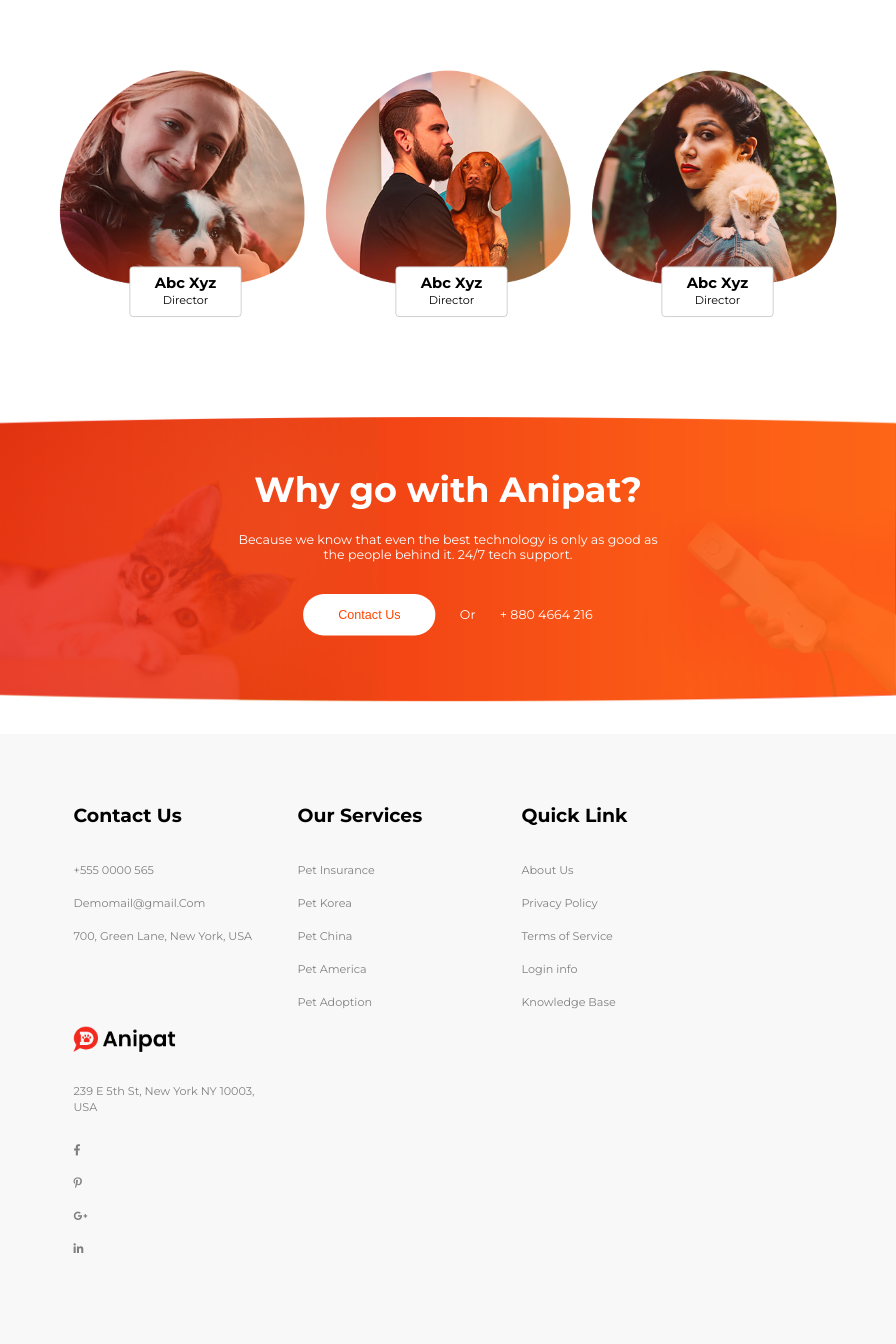
Repository: giahuy405/Day_2_Anipat
Page: index.html
These files come from the project's save history. The page is drawn as it stood at one moment and after the next save; the edit follows.
The browser window is 1280 px wide. The pictures show the part of the page from y = 3274 to 5194 px (the page is 5194 px tall before and 4841 px after), at 70% of full size.

Above is the page before, as saved 2022-09-09 00:31:05.

### index.html
<!DOCTYPE html>
<html lang="en">
<head>
    <meta charset="UTF-8">
    <meta http-equiv="X-UA-Compatible" content="IE=edge">
    <meta name="viewport" content="width=device-width, initial-scale=1.0">
    <title>Anipat</title>
    <link rel="stylesheet" href="https://cdnjs.cloudflare.com/ajax/libs/font-awesome/6.2.0/css/all.min.css">
    <link href="https://fonts.googleapis.com/css2?family=Montserrat:wght@300;400;500;700&display=swap" rel="stylesheet">
    <link rel="stylesheet" href="./css/index.css">
</head>
<body>
    <header>
        <div class="header-top">
            <div class="container">
                <div class="header__contact">
                    <a href="#">+880 4664 216 </a>
                    <span>Mon - Sat 10:00 - 7:00</span>
                </div>
                <div class="header__social">
                    <ul>
                        <li><a href="#"><i class="fa-brands fa-facebook-f"></i></a></li>
                        <li><a href="#"><i class="fa-brands fa-pinterest-p"></i></a></li>
                        <li><a href="#"><i class="fa-brands fa-google-plus-g"></i></a></li>
                        <li><a href="#"><i class="fa-brands fa-linkedin-in"></i></a></li>
                    </ul>
                </div>
                <div class="clear"></div>
            </div>
        </div>
        <div class="header-bottom container">
            <img src="./img/logo.png" alt="Logo">
            <ul>
                <li><a href="#">Home</a></li>
                <li><a href="#">About</a></li>
                <li><a href="#">Blog</a></li>
                <li><a href="#">Pages</a></li>
                <li><a href="#">Services</a></li>
                <li><a href="#">Contact</a></li>
            </ul>
            <div class="clear"></div>
        </div>

    </header>
    <div class="carousel">
        <div class="container">
            <div class="carousel__content">
                <h1>We Care</h1>
                <h2>Your Pets</h2>
                <p>Lorem ipsum dolor sit amet, consectetur adipisicing elit. Dolorem corporis ex expedita ea rem iure.</p>
                <button>Contact Us</button>
            </div>
            <div class="carousel__dog">
                <img src="./img/dog.png" alt="Dog">
            </div>
            <div class="clear"></div>
        </div>
    </div>
    <div class="service">
        <div class="service-top">
            <h1>Services for every dog</h1>
            <p>Lorem ipsum dolor sit amet, consectetur adipiscing elit, sed do eiusmod tempor incididunt ut labore et dolore magna</p>
        </div>
        <div class="service-bottom container">
            <div class="service-card">
                <div class="service__item">
                    <div class="service__background">
                        <img src="./img/service_icon_1.png" alt="">
                    </div>
                    <h2>Pet Boarding</h2>
                    <p>Lorem, ipsum dolor sit amet consectetur adipisicing elit. Quasi asperiores</p>
                </div>
            </div>
            <div class="service-card">
                <div class="service__item">
                    <div class="service__background">
                        <img src="./img/service_icon_2.png" alt="">
                    </div>
                    <h2>Pet Boarding</h2>
                    <p>Lorem, ipsum dolor sit amet consectetur adipisicing elit. Quasi asperiores</p>
                </div>
            </div>
            <div class="service-card">
                <div class="service__item">
                    <div class="service__background">
                        <img src="./img/service_icon_3.png" alt="">
                    </div>
                    <h2>Pet Boarding</h2>
                    <p>Lorem, ipsum dolor sit amet consectetur adipisicing elit. Quasi asperiores</p>
                </div>
            </div>
            <div class="clear"></div>
        </div>
    </div>
    <div class="netcare container">
        <div class="netcare__cat">
            <img src="./img/pet_care.png" alt="pet care">
        </div>
        <div class="netcare__content">
                <h1>We Care</h1>
                <h2>Your Pets</h2>
                <p>Lorem ipsum dolor sit amet, consectetur adipisicing elit. Dolorem corporis ex expedita ea rem iure. Lorem ipsum dolor, sit amet consectetur adipisicing elit. In, sint.</p>
                <button>Contact Us</button>
        </div>
        <div class="clear"></div>
    </div>
    <div class="care">
        <div class="container">
            <div class="care__content">
                <h1>We Care</h1>
                <h2>Your Pets</h2>
                <p>Lorem ipsum dolor sit amet, consectetur adipisicing elit. Dolorem corporis ex expedita ea rem iure. Lorem ipsum dolor sit ametum dolor sit amet.</p>
                <button>About Us</button>
            </div>
            <div class="care__items">
                <div class="care__item">
                    <div class="care__card care__card--left">
                        <div class="care__desc">
                            <img src="./img/1.png" alt="">
                            <h1>922</h1>
                            <p>Pet Available</p>
                        </div>
                    </div>
                </div>
                <div class="care__item">
                    <div class="care__card">
                        <div class="care__desc">
                            <img src="./img/2.png" alt="">
                            <h1>922</h1>
                            <p>Pet Available</p>
                        </div>
                    </div>
                    <div class="care__card">
                        <div class="care__desc">
                            <img src="./img/3.png" alt="">
                            <h1>922</h1>
                            <p>Pet Available</p>
                        </div>
                    </div>
                </div>
                <div class="clear"></div>
            </div>
            <div class="clear"></div>
        </div>
    </div>
    <div class="team container">
        <div class="team-top">
            <h1>Our Team</h1>
            <p>Lorem ipsum dolor, sit amet consectetur adipisicing elit. Odit voluptates a recusandae rem excepturi laboriosam. Omnis molestias modi ex ullam.</p>
        </div>
        <div class="team-bottom">
            <div class="team__card">
                <img src="./img/team1.png" alt="">
                <div class="team__box">
                    <div class="team__content">
                        <h3>Abc Xyz</h3>
                        <p>Director</p>
                    </div>
                </div>
            </div>
            <div class="team__card">
                <img src="./img/team2.png" alt="">
                <div class="team__box">
                    <div class="team__content">
                        <h3>Abc Xyz</h3>
                        <p>Director</p>
                    </div>
                </div>
            </div>
            <div class="team__card">
                <img src="./img/team3.png" alt="">
                <div class="team__box">
                    <div class="team__content">
                        <h3>Abc Xyz</h3>
                        <p>Director</p>
                    </div>
                </div>
            </div>
            <div class="clear"></div>
        </div>
    </div>
    <div class="banner">
        <div class="banner-top">
            <h1>Why go with Anipat?</h1>
            <p>Because we know that even the best technology is only as good as the people behind it. 24/7 tech support.</p>
        </div>
        <div class="banner-bottom">
            <button>Contact Us</button>
            <span>Or</span>
            <a href="#"> + 880 4664 216</a>
        </div>
    </div>
    <div class="footer">
       <div class="container">
        <div class="footer__item">
            <h2>Contact Us</h2>
            <ul>
                <li><a href="#">+555 0000 565</a></li>
                <li><a href="#">Demomail@gmail.Com</a></li>
                <li><a href="#">700, Green Lane, New York, USA</a></li>
            </ul>
        </div>
        <div class="footer__item">
            <h2>Our Services</h2>
            <ul>
                <li><a href="#">Pet Insurance</a></li>
                <li><a href="#">Pet Korea</a></li>
                <li><a href="#">Pet China</a></li>
                <li><a href="#">Pet America</a></li>
                <li><a href="#">Pet Adoption</a></li>
            </ul>
        </div>
        <div class="footer__item">
            <h2>Quick Link</h2>
            <ul>
                <li><a href="#">About Us</a></li>
                <li><a href="#">Privacy Policy</a></li>
                <li><a href="#">Terms of Service</a></li>
                <li><a href="#">Login info</a></li>
                <li><a href="#">Knowledge Base</a></li>
            </ul>
        </div>
        <div class="footer__item footer__item--final">
            <img src="./img/logo.png" alt="">
            <p><a href="#">239 E 5th St, New York NY 10003, USA</a></p>
            <ul>
                <li><a href="#"><i class="fa-brands fa-facebook-f"></i></a></li>
                <li><a href="#"><i class="fa-brands fa-pinterest-p"></i></a></li>
                <li><a href="#"><i class="fa-brands fa-google-plus-g"></i></a></li>
                <li><a href="#"><i class="fa-brands fa-linkedin-in"></i></a></li>
            </ul>
        </div>
        <div class="clear"></div>
       </div>
    </div>
</body>
</html>

### css/index.css
*{
    padding: 0;
    margin: 0;
    box-sizing: border-box;
}
.clear{
    clear: both;
}
html{
    font-size: 18px;
    font-family: 'Montserrat', sans-serif;
}
.container{
    width: 1140px;
    margin: 0 auto;
}
.header__contact{
    float: left;
}
.header__social{
    float: right;
}
.header-top{
    background-color: black;
    padding: 15px;
}
.header__contact a{
     color: white;
     text-decoration: none;
     transition: all 0.2s;
}
.header__contact a:hover{
    color: red;
}
.header__contact span{
    color: white;
    margin-left: 35px;
}
.header__social ul,.header-bottom ul{
    list-style: none;
}
.header__social li,.header-bottom li,.footer__item{
    display: inline;
    margin-left: 35px;
}
.header__social i{
    color: white;
    transition: all 0.2s;
}
.header__social i:hover{
    color: red;
}
.header-bottom ul{
    float: right;
}
.header-bottom a{
    text-decoration: none;
    font-weight: bold;
    color: black;
    transition: all 0.2;
    line-height: 40px;
}
.header-bottom a:hover{
    color: red;
}
.header-bottom{
    padding: 20px 0;
}
.carousel{
    background-image: url(../img/banner.png);
    background-position: center bottom;
    background-repeat: no-repeat;
    background-size: 100%;
    height: 600px;
    position: relative;
    margin-bottom: 150px;
}
.carousel__content{
    float: left;
    width: 33%;
    padding-top: 100px;
}
.carousel__dog{
    float: left;
    width: 67%;
    position: absolute;
    top: -10px;
    left: 315px;
    padding: 30px;
}
.carousel__content h1{
    color: white;
    font-size: 70px;
    font-weight: 300;
}
.carousel__content h2{
    color: white;
    font-size: 70px;
    font-weight: 700;
}
.carousel__content p{
    color: white;
    line-height: 30px;
    letter-spacing: 1px;
    margin: 20px 0;
}
.carousel__content button,.banner-bottom button{
    padding: 19px 50px;
    border-radius: 30px;
    border: none;
    font-size: 18px;
    background-color: white;
    color: orangered;
    cursor: pointer;
}
.carousel__content button:hover,.banner-bottom button:hover{
    background-color: orangered;
    color: white;
}
.carousel__dog img{
    width: 100%;

}
.service{
    text-align: center;
    margin-bottom: 100px;
}
.service-top h1{
    font-weight: 500;
    font-size: 50px;
    margin-bottom: 15px;
}
.service-top p{
    padding: 0 300px;
    color: grey;
}
.service-top{
    margin-bottom: 150px;
}
.service-card{
    float: left;
    width: 33.3333%;
}
.service__background{
    background-image: url(../img/service_icon_bg_1.png);
    width: 161px;
    height: 143px;
    background-position: center;
    margin: 0 auto;
}
.service__item{
    border: 1px solid orangered;
    border-radius: 15px;
    padding: 60px 40px;
}
.service-card{
    padding: 20px;
}
.service__item img{
    padding-top: 35px;
}
.service__item h2{
    margin: 30px 0;
}
.service__item p{
    color: grey;
    line-height: 30px;
}
.netcare__cat{
    float: left;
    width: 40%;
}
.netcare__content{
    float: left;
    width: 60%;
    padding-right: 100px;
    padding-top: 75px;
    padding-left: 60px;
}
.netcare__cat img{
    width: 100%;
}
.netcare__content h1,.care__content h1{
    color: black;
    font-size: 55px;
    font-weight: 300;
}
.netcare__content h2,.care__content h2{
    color: black;
    font-size: 55px;
    font-weight: 700;
}
.netcare__content p,.care__content p{
    color: grey;
    line-height: 30px;
    letter-spacing: 1px;
    margin: 25px 0;
}
.netcare__content button,.care__content button{
    padding: 18px 55px;
    border-radius: 30px;
    border: none;
    background-color: orangered;
    color: white;
    font-size: 20px;
    cursor: pointer;
    transition: all 0.2s;
}
.netcare__content button:hover,.care__content  button:hover{
    background-color: white;
    border: 1px solid orangered;
    color: orangered;
}
.care__content,.care__items,.care__item{
    float: left;
    width: 50%;
}
.care__content{
    padding-right: 50px;
    padding-top: 150px;
}
.care__desc{
    border: 1px solid orangered;
    border-radius: 15px;
   padding: 50px 20px;
}
.care__card{
    text-align: center;
    margin-bottom: 30px;
}
.care__item{
     padding: 15px;
}
.care__card--left{
    margin-top: 150px;
}
.care__item h1{
    margin: 20px 0;
}
.team{
    text-align: center;
    margin-top: 120px;
    margin-bottom: 120px;
}
.team-top h1{
    font-weight: 500;
    font-size: 50px;
}
.team-top p{
    padding: 0 250px;
    letter-spacing: 1px;
    color: grey;
    margin: 15px;
}
.team__card{
    float: left;
    width: 33.333%;
    padding: 15px;
    position: relative;
}
.team-bottom{
    margin-top: 100px;
}
.team__card img{
    width: 100%;
}
.team__content{
    border: 1px solid rgb(190, 190, 190);
    border-radius: 5px;
    padding: 10px 35px;
    background-color:white;
}
.team__box{
    position: absolute;
    top: 295px;
    left: 115px;
}
.team__content p{
    font-size: 16px;
    line-height: 25px;
}
.banner{
    text-align: center;
    background-image: url(../img/contact_bg.png);
    height: 500px;
    background-position: center;
    background-repeat: no-repeat;
    background-size: 100%;
    padding-top: 120px;
}
.banner-top h1{
    font-size: 50px;
    color: white;
}
.banner-top p{
    color: white;
    font-size: 18px;
    padding: 0 330px;
    margin:30px 0;
    margin-bottom: 45px;
}
.banner-bottom span{
    color: white;
    margin: 0 30px;
}
.banner-bottom a{
    text-decoration: none;
    color: white;
    transition: all 0.15s;
}
.banner-bottom a:hover{
    color: black;
}
.footer__item{
    float: left;
    width: 25%;
}
.footer{
    background-color: #f8f8f8;
    padding-top: 100px;
    padding-bottom: 100px;
}
.footer__item ul{
    list-style: none;
}
.footer__item li{
    margin: 25px 0;
}
.footer__item a{
    text-decoration: none;
    font-size: 16px;
    color: gray;
}
.footer__item h2{
    margin-bottom: 50px;
}
.footer__item--final p{
    margin: 40px 0;
}
.footer a:hover{
    color: red;
}

After the next save:
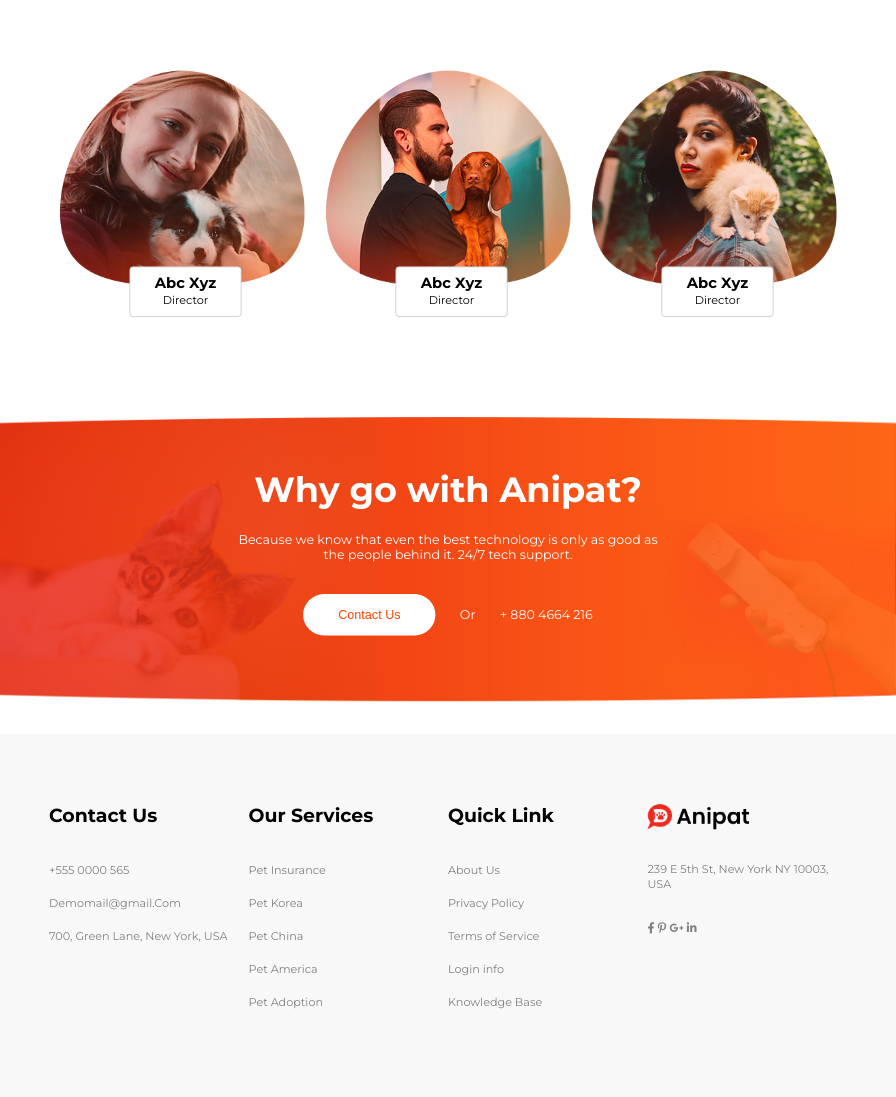
Saved 6 s later.
--- a/css/index.css
+++ b/css/index.css
@@ -39,7 +39,7 @@ html{
 .header__social ul,.header-bottom ul{
     list-style: none;
 }
-.header__social li,.header-bottom li,.footer__item{
+.header__social li,.header-bottom li,.footer__item--final li{
     display: inline;
     margin-left: 35px;
 }
